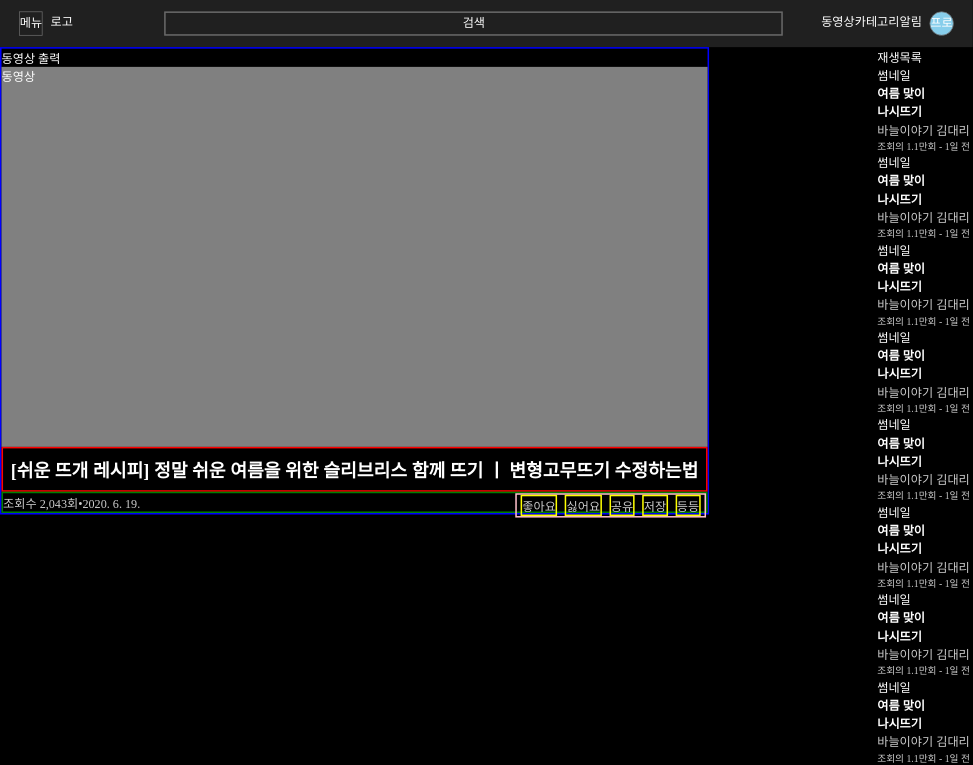
Repository: roseline0912/LikeLion
Page: YouTube_Clone/youtube.html
The author's editor kept a record of every edit. The page is drawn from the files as they stood at one moment, then again after the next edit.
The browser window is 1280 px wide. The pictures show the whole page, at 76% of full size.

Above is the page before.

After the next edit:
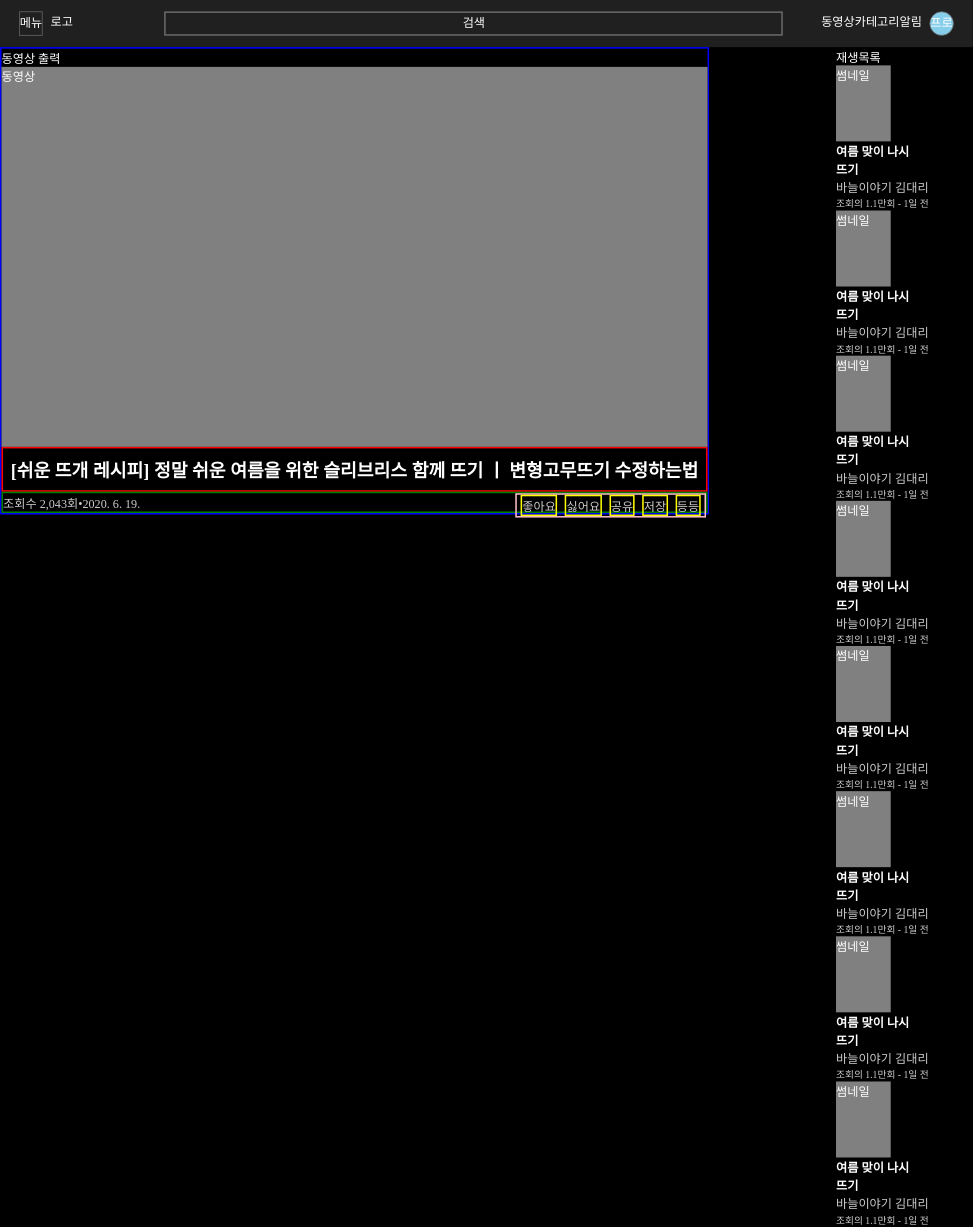
The edit:
--- a/YouTube_Clone/youtube.css
+++ b/YouTube_Clone/youtube.css
@@ -98,7 +98,7 @@
 .list_item{
     padding:10px;         /*listing되는 item들은 안쪽으로 여백이 있으니 padding값을 줍니다.*/
 }
-.list_thumbnail{
+.list-thumbnail{
     height:100px;        /*사진의 높이는 100px정도로 잡고*/
     width: 40%;          /*넓이를 right_section기준 40%로 잡아줍니다.(반응형을 위해)*/
     background-color: grey; /*grey 배경색을 깔아주고*/
